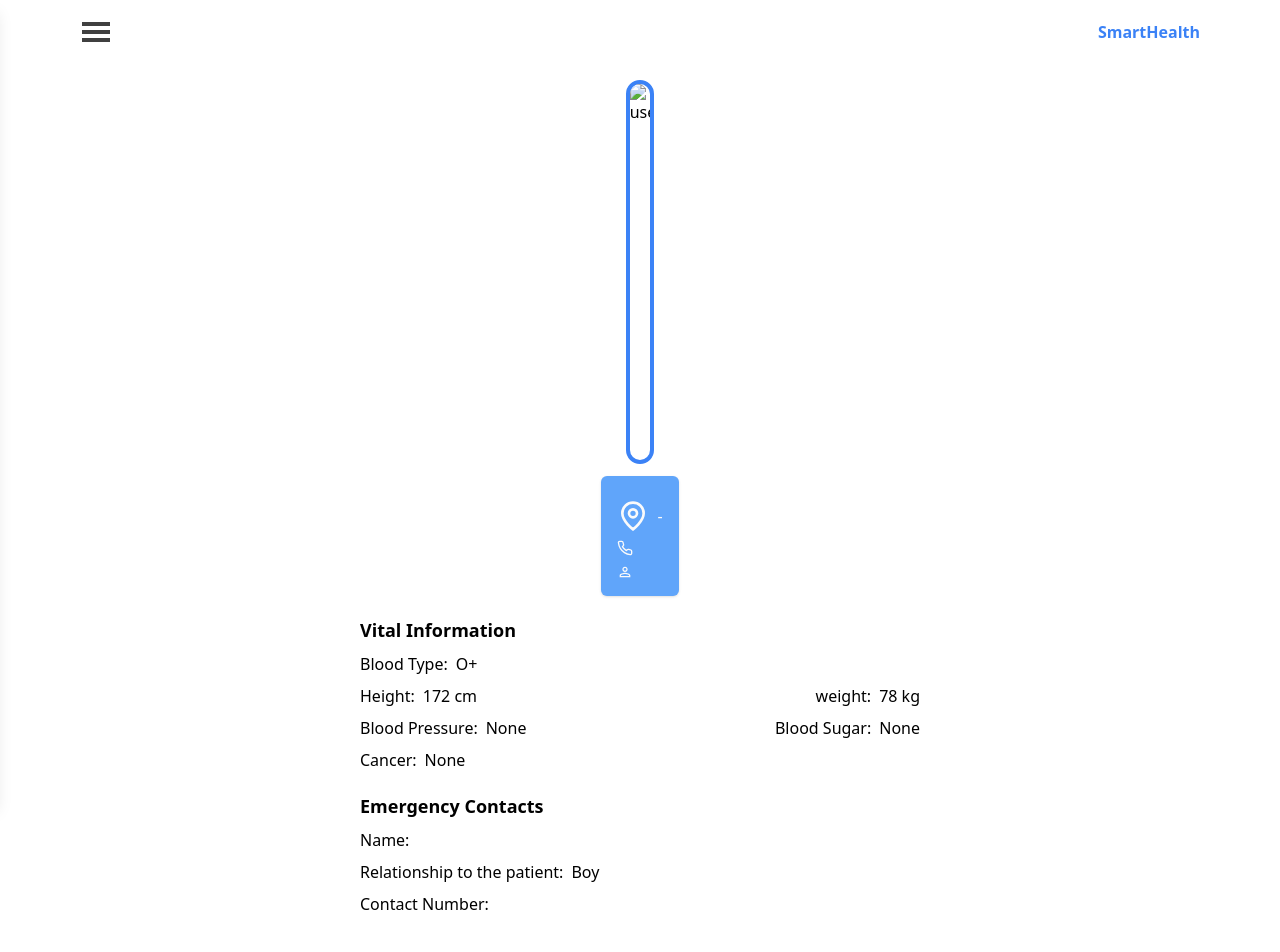
Repository: Sanaa00/HI-user
Page: /home
The author's editor kept a copy of each file at every save. The page is drawn from the files as they stood at one save, then again after the next save.
The browser window is 1280 px wide. The pictures show the whole page.
The page's requests for data from a server got no answer. The project was rebuilt for these pictures with package versions that can differ from the ones it lists, and the page was loaded fresh each time. No one was signed in, and anything a server would have sent is missing. Also part of the build but not shown: vite.config.js, src/App.css, src/Components/Pagination.jsx, src/Pages/Prescription.jsx, src/Components/modalComponent.jsx, src/Pages/Laboratory.jsx, src/Pages/Radiographic.jsx, src/Components/InputField.jsx and 2 more.

Above is the page before, as saved 2024-01-12 20:59:21.

After the next save:
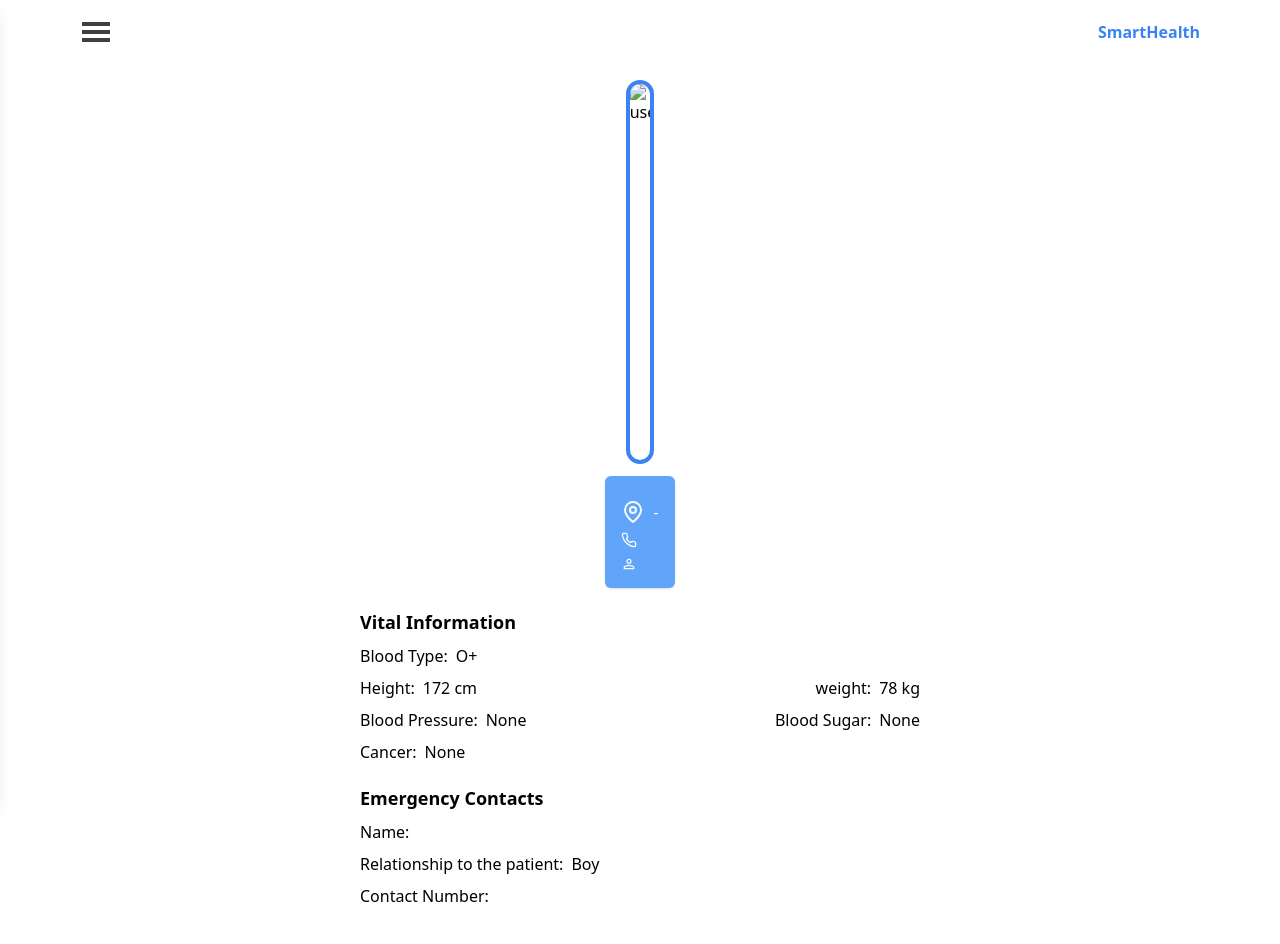
Saved 4 s later.
--- a/src/Pages/Home.jsx
+++ b/src/Pages/Home.jsx
@@ -57,7 +57,7 @@ function Home() {
           <span className="flex items-center flex-row">
             {' '}
             <span>
-              <GrLocation className="w-8 h-8" />
+              <GrLocation className="w-6 h-6" />
             </span>
             <span className="ml-2">
               {data.city}-{data.address}
